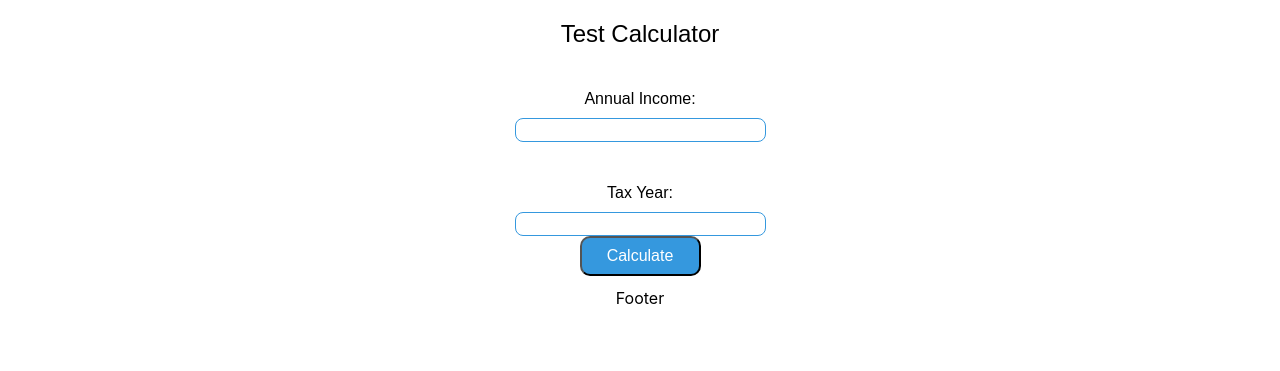
Repository: jbpadilha/taxcalculator
Page: /
An editor plug-in stored every save of this project. The page is shown before and after the next save, followed by the edit.
The browser window is 1280 px wide. The pictures show the whole page.
The project was rebuilt for these pictures with package versions that can differ from the ones it lists, and the page was loaded fresh each time.

Above is the page before, as saved 2023-06-16 21:16:58.

### src/App.tsx
import React from 'react';
import logo from './logo.svg';
import './App.css';
import RoutesComponent from './components/RouteComponent';

const App = () => {
  return (
    <div className="App">
      <header className="Tax-header">

      </header>
      <main>
        <RoutesComponent />
      </main>
      <footer>
        <div>Footer</div>
      </footer>
    </div>
  );
}

export default App;

### src/components/RouteComponent.tsx
import React from 'react';
import { BrowserRouter as Router, Route, Routes } from 'react-router-dom';

const Main = React.lazy(() => import('./Main'));
const ResultTax = React.lazy(() => import('./ResultTax'));

const RoutesComponent = () => {
    return (
        <Router>
            <Routes>
                <Route path={"/"} element={<Main />} />
                <Route path={"/results"} element={<ResultTax />} />
                <Route path="*" element={<Main />} />
            </Routes>
        </Router>
    );
}

export default RoutesComponent;

### src/components/Main.tsx
import React from 'react';

const styles = {
    content: {
        marginTop: 20,
        minHeight: 200,
    },
    title: {
        margin: 'auto',
        marginTop: 20,
        width: 164,
        height: 28,
        fontFamily: 'Arial',
        fontSize: 24,
        color: '#000000',
        textDecoration: 'none solid rgb(0, 0, 0)',
    },
    contentInput: {
        marginTop: 40,
    },
    marginInput: {
        marginTop: 10,
    },
    titleInput: {
        paddingTop: 10,
        width: 111,
        height: 18,
        fontFamily: 'Arial',
        fontSize: 16,
        color: '#000000',
        textSecoration: 'none solid rgb(0, 0, 0)',
    },
    input: {
        width: 233,
        height: 22,
        padding: '0px 8px',
        border: '1px solid #3598de',
        borderRadius: 8,
        backgroundColor: '#ffffff',
        backgroundSize: 'cover',
        fontFamily: 'Arial',
        fontSize: 14,
        color: '#3598de',
        textDecoration: 'none solid rgb(53, 152, 222)'
    },
    button: {
        width: 121,
        height: 40,
        borderRadius: 10,
        backgroundColor: '#3598de',
        backgroundSize: 'cover',
        fontFamily: 'Arial',
        fontSize: 16,
        color: '#ffffff',
        textDecoration: 'none solid rgb(255, 255, 255)',
        //textAlign: 'center'
    },
};

const Main = () => {

    const calculate = () => {};

    return (
        <div style={styles.content}>
            <div style={styles.title}>Test Calculator</div>
            <div style={styles.content}>
                <div style={styles.contentInput}>
                    <div>
                        <label htmlFor='income' style={styles.titleInput}>Annual Income:</label>
                    </div>
                    <div style={styles.marginInput}>
                        <input style={styles.input} type="text" id="income" name="income" />
                    </div>
                </div>
                <div style={styles.contentInput}>
                    <div>
                        <label htmlFor='taxYear' style={styles.titleInput}>Tax Year:</label>
                    </div>
                    <div style={styles.marginInput}>
                        <input style={styles.input} type="text" id="taxYear" name="taxYear" />
                    </div>
                </div>
                <div>
                    <button style={styles.button} onClick={calculate}>Calculate</button>
                </div>
            </div>
        </div>
    );
}

export default Main;

Loaded but not shown: public/index.html (common file); src/index.tsx (common file); src/index.css (common file); src/reportWebVitals.ts (common file); src/App.css (common file)

After the next save:
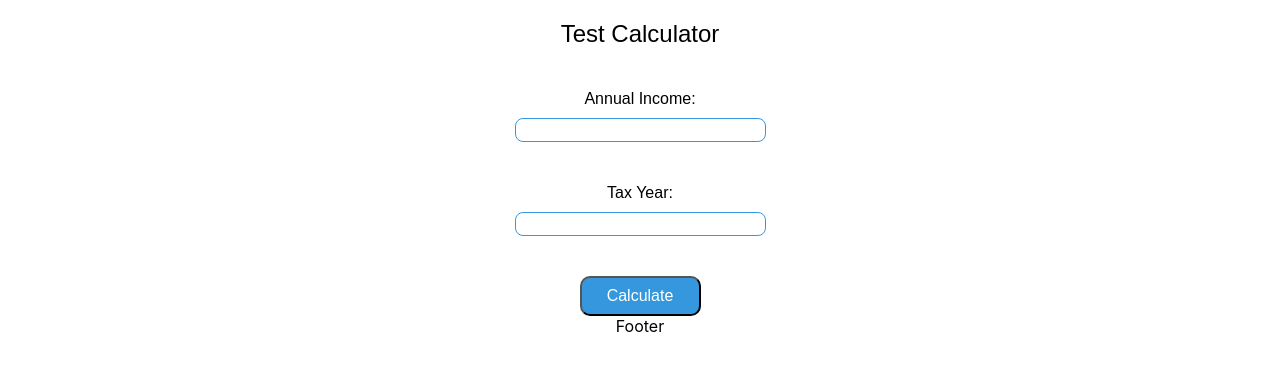
Saved 113 s later.
--- a/src/components/Main.tsx
+++ b/src/components/Main.tsx
@@ -53,7 +53,6 @@ const styles = {
         fontSize: 16,
         color: '#ffffff',
         textDecoration: 'none solid rgb(255, 255, 255)',
-        //textAlign: 'center'
     },
 };
 
@@ -81,7 +80,7 @@ const Main = () => {
                         <input style={styles.input} type="text" id="taxYear" name="taxYear" />
                     </div>
                 </div>
-                <div>
+                <div style={styles.contentInput}>
                     <button style={styles.button} onClick={calculate}>Calculate</button>
                 </div>
             </div>
